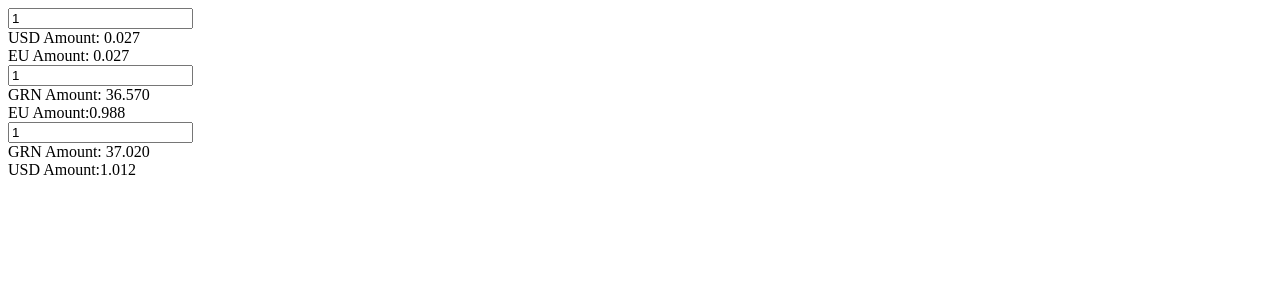
Repository: rutsguifd/mkr-test
Page: /
An editor plug-in stored every save of this project. The page is shown before and after the next save, followed by the edit.
The browser window is 1280 px wide. The pictures show the whole page.
The project was rebuilt for these pictures with package versions that can differ from the ones it lists, and the page was loaded fresh each time.

Above is the page before, as saved 2022-11-10 23:17:43.

### src/App.js
import CurrencyExchanger from "./components/CurrencyExchanger";

function App() {
  return (
    <div className="App">
      <CurrencyExchanger />
    </div>
  );
}

export default App;

### src/components/CurrencyExchanger.jsx
import React, { useState } from "react";

const CurrencyExchanger = () => {
  const [grivnyaAmount, setGrivnyaAmount] = useState(1);
  const [USDAmount, setUSDAmount] = useState(1);
  const [euroAmount, setEuroAmount] = useState(1);
  const USDPrice = 36.57;
  const euroPrice = 37.02;
  return (
    <>
      <div>
        <input
          id="GRN"
          value={grivnyaAmount}
          onChange={(e) => setGrivnyaAmount(e.target.value)}
          placeholder="enter amount of GRN..."
        />
        <div>
          USD Amount: <span>{(grivnyaAmount / USDPrice).toFixed(3)}</span>
        </div>
        <div>
          EU Amount: <span>{(grivnyaAmount / euroPrice).toFixed(3)}</span>
        </div>
      </div>
      <div>
        <input
          id="USD"
          value={USDAmount}
          onChange={(e) => setUSDAmount(e.target.value)}
          placeholder="enter amount of USD..."
        />
        <div>
          GRN Amount: <span>{(USDAmount * USDPrice).toFixed(3)}</span>
        </div>
        <div>
          EU Amount:
          <span>{((USDAmount * USDPrice) / euroPrice).toFixed(3)}</span>
        </div>
      </div>
      <div>
        <input
          id="EU"
          value={euroAmount}
          onChange={(e) => setEuroAmount(e.target.value)}
          placeholder="enter amount of EU..."
        />
        <div>
          GRN Amount: <span>{(euroAmount * euroPrice).toFixed(3)}</span>
        </div>
        <div>
          USD Amount:
          <span>{((euroAmount * euroPrice) / USDPrice).toFixed(3)}</span>
        </div>
      </div>
    </>
  );
};

export default CurrencyExchanger;

Loaded but not shown: public/index.html (common file); src/index.js (common file)

After the next save:
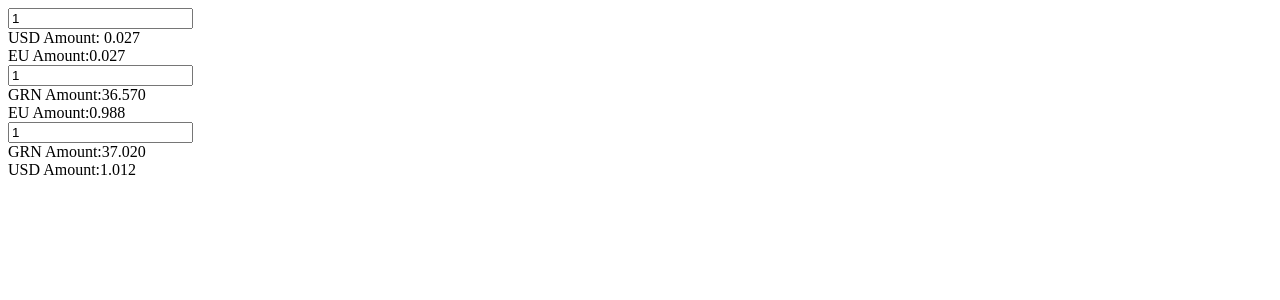
Saved 5 min 20 s later.
--- a/src/components/CurrencyExchanger.jsx
+++ b/src/components/CurrencyExchanger.jsx
@@ -16,10 +16,12 @@ const CurrencyExchanger = () => {
           placeholder="enter amount of GRN..."
         />
         <div>
-          USD Amount: <span>{(grivnyaAmount / USDPrice).toFixed(3)}</span>
+          USD Amount:{" "}
+          <span id="GRNtoUSD">{(grivnyaAmount / USDPrice).toFixed(3)}</span>
         </div>
         <div>
-          EU Amount: <span>{(grivnyaAmount / euroPrice).toFixed(3)}</span>
+          EU Amount:
+          <span id="GRNtoEURO">{(grivnyaAmount / euroPrice).toFixed(3)}</span>
         </div>
       </div>
       <div>
@@ -30,11 +32,14 @@ const CurrencyExchanger = () => {
           placeholder="enter amount of USD..."
         />
         <div>
-          GRN Amount: <span>{(USDAmount * USDPrice).toFixed(3)}</span>
+          GRN Amount:
+          <span id="USDtoGRN">{(USDAmount * USDPrice).toFixed(3)}</span>
         </div>
         <div>
           EU Amount:
-          <span>{((USDAmount * USDPrice) / euroPrice).toFixed(3)}</span>
+          <span id="USDtoEURO">
+            {((USDAmount * USDPrice) / euroPrice).toFixed(3)}
+          </span>
         </div>
       </div>
       <div>
@@ -45,11 +50,14 @@ const CurrencyExchanger = () => {
           placeholder="enter amount of EU..."
         />
         <div>
-          GRN Amount: <span>{(euroAmount * euroPrice).toFixed(3)}</span>
+          GRN Amount:
+          <span id="EUROtoGRN">{(euroAmount * euroPrice).toFixed(3)}</span>
         </div>
         <div>
           USD Amount:
-          <span>{((euroAmount * euroPrice) / USDPrice).toFixed(3)}</span>
+          <span id="EUROtoUSD">
+            {((euroAmount * euroPrice) / USDPrice).toFixed(3)}
+          </span>
         </div>
       </div>
     </>
